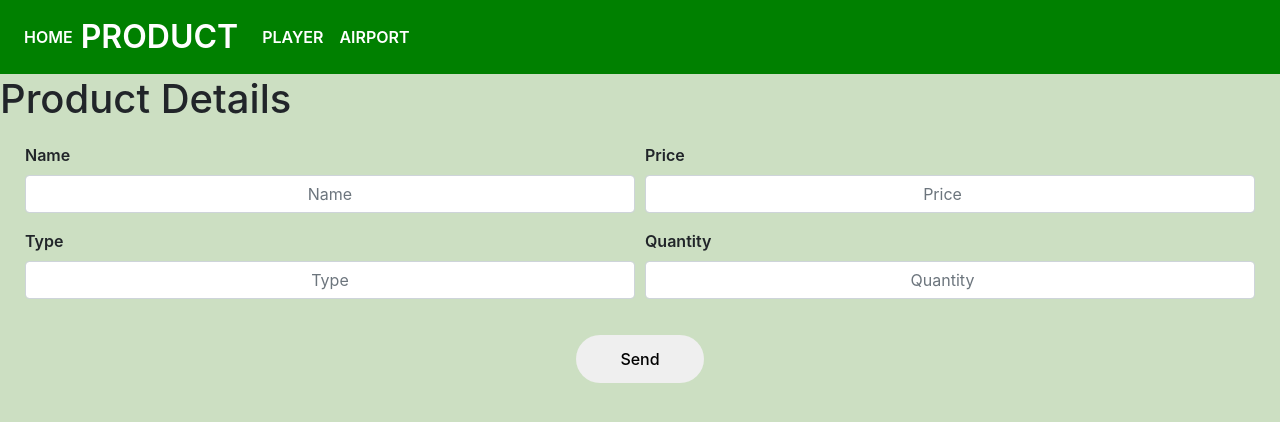
Repository: 05Mohammedismail/xworkz--Advance-Java
Page: http://localhost/Sep13_JSP/product.jsp
An editor plug-in stored every save of this project. The page is shown before and after the next save, followed by the edit.
The browser window is 1280 px wide. The pictures show the whole page.
The pointer rests on the first visible `.send`.
The page is served by Tomcat 9. Other server files are loaded and not shown.

Above is the page before, as saved 2023-09-13 15:53:54.

### Sep13_JSP/src/main/webapp/product.jsp
<%@ page language="java" contentType="text/html; charset=ISO-8859-1"
    pageEncoding="ISO-8859-1"%>
<!doctype html>
<html lang="en">
  <head>
    <meta charset="utf-8">
    <meta name="viewport" content="width=device-width, initial-scale=1">
    <title>MY-JSP</title>
<link rel="stylesheet" href="https://cdn.jsdelivr.net/npm/bootstrap@4.1.3/dist/css/bootstrap.min.css" integrity="sha384-MCw98/SFnGE8fJT3GXwEOngsV7Zt27NXFoaoApmYm81iuXoPkFOJwJ8ERdknLPMO" crossorigin="anonymous">

<style type="text/css">

body{
background-color: rgb(204, 223, 194);
}
.navbar-brand{
font-size: 2em;
}
.navbar{
background: green;
margin-bottom: 1px;
font-weight:600;
color: white;
}
.nav-link:hover{
text-decoration: underline;
}

.form-row{
margin: 20px;
position: relative;
}

.send{
position: absolute;
right: 45%;
border-radius: 40px;
height: 3em;
width: 8em;
outline: none;
border: none;
font-weight: 500;
cursor: pointer;
}

.form-control{
text-align: center;
}

.form-group label{
font-weight: 600;
}

</style>
</head>

  <body>
   <nav class="navbar navbar-expand-lg navbar-light">

  <div class="collapse navbar-collapse" id="navbarNav">
    <ul class="navbar-nav">
      <li class="nav-item">
        <a class="nav-link text-white" href="index.jsp">HOME</a>
      </li>
      </ul>


      <a class="navbar-brand">PRODUCT</a>
  <button class="navbar-toggler" type="button" data-toggle="collapse" data-target="#navbarNav" aria-controls="navbarNav" aria-expanded="false" aria-label="Toggle navigation">
    <span class="navbar-toggler-icon"></span>
  </button>

      <ul class="navbar-nav">
      <li class="nav-item">
        <a class="nav-link text-white" href="player.jsp">PLAYER</a>
      </li>
      <li class="nav-item">
        <a class="nav-link text-white" href="airport.jsp">AIRPORT</a>
      </li>
    </ul>
  </div>
</nav>

<h1>Product Details</h1>
<form>
  <div class="form-row">
    <div class="form-group col-md-6">
      <label class="label">Name</label>
      <input type="text" class="form-control" placeholder="Name">
    </div>

    <div class="form-group col-md-6">
      <label>Price</label>
      <input type="number" class="form-control" placeholder="Price">
    </div>

    <div class="form-group col-md-6">
      <label >Type</label>
      <input type="text" class="form-control" placeholder="Type">
    </div>

    <div class="form-group col-md-6">
      <label>Quantity</label>
      <input type="number" class="form-control" placeholder="Quantity">
    </div>
 </div>
 <input class="send" type="submit" value="Send">
</form>
    <script src="https://cdn.jsdelivr.net/npm/bootstrap@5.3.1/dist/js/bootstrap.bundle.min.js" integrity="sha384-HwwvtgBNo3bZJJLYd8oVXjrBZt8cqVSpeBNS5n7C8IVInixGAoxmnlMuBnhbgrkm" crossorigin="anonymous"></script>
  </body>
</html>

After the next save:
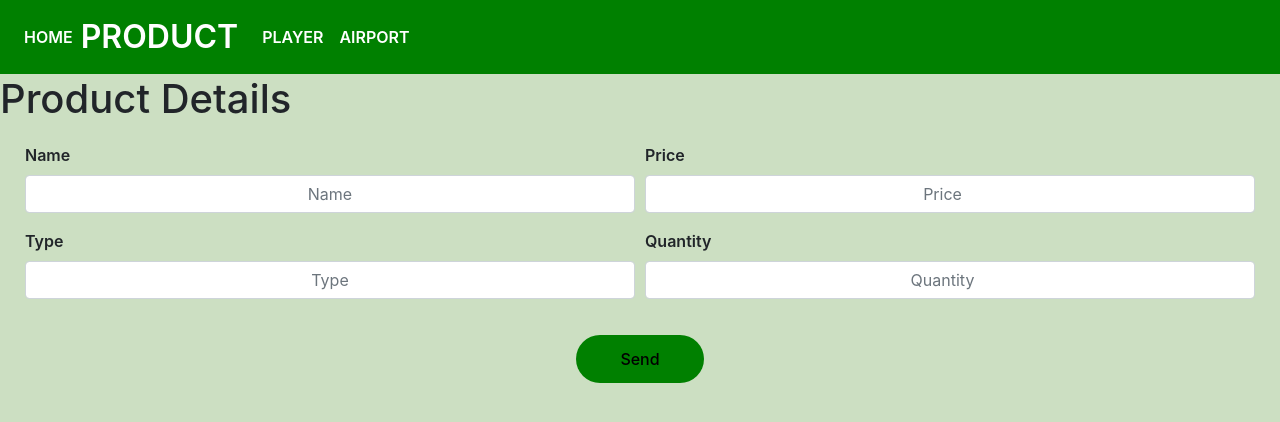
Saved 28 s later.
--- a/Sep13_JSP/src/main/webapp/product.jsp
+++ b/Sep13_JSP/src/main/webapp/product.jsp
@@ -41,6 +41,10 @@ outline: none;
 border: none;
 font-weight: 500;
 cursor: pointer;
+}
+
+.send:hover{
+background: green;
 }
 
 .form-control{
